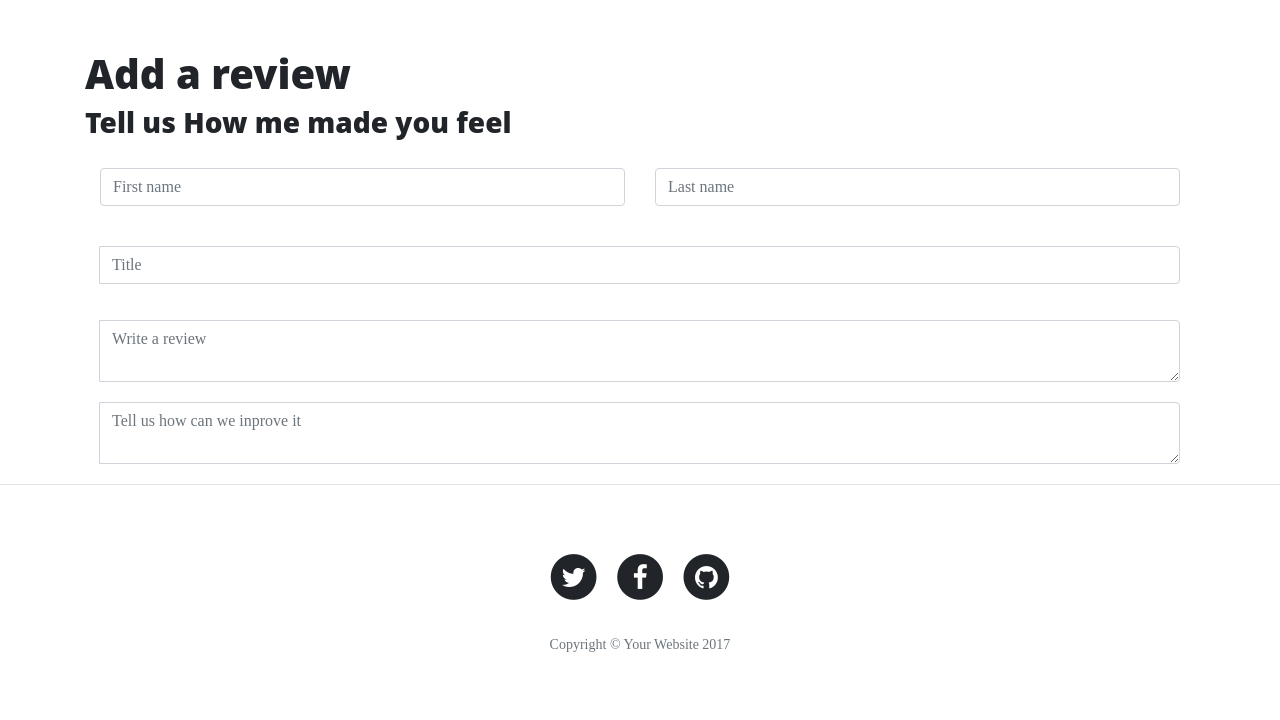
Repository: cachimiro/los-pochoclos
Page: http://localhost/add_review
The author's editor kept a record of every edit. The page is drawn from the files as they stood at one moment, then again after the next edit.
The browser window is 1280 px wide. The pictures show the part of the page from y = 532 to 1328 px (the page is 1252 px tall before and 1328 px after).
The page is served by the project's application, run on Flask 3 (run.py).

Above is the page before.

After the next edit:
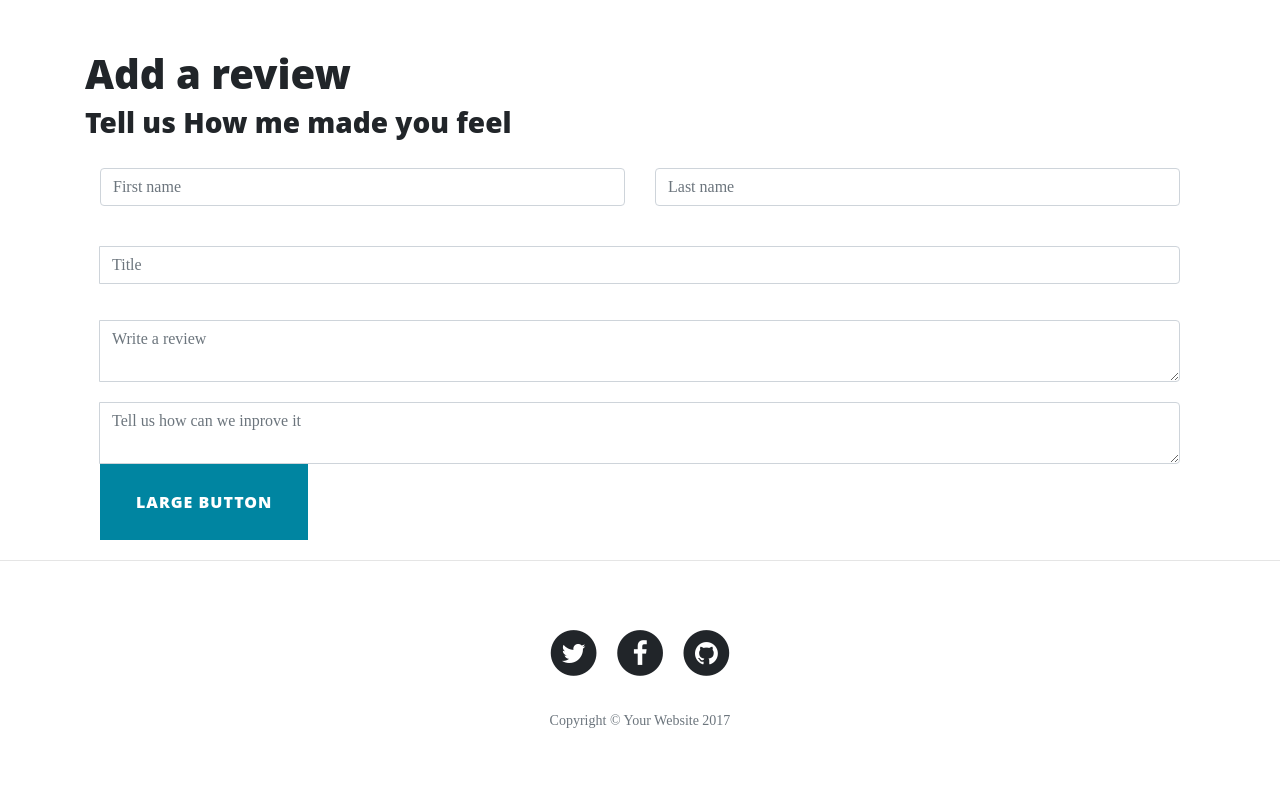
The edit:
--- a/templates/add-reviews.html
+++ b/templates/add-reviews.html
@@ -36,6 +36,7 @@
             </div>
             <textarea id="how_would_you_improve_it" name="how_would_you_improve_it" class="form-control" aria-label="With textarea" placeholder="Tell us how can we inprove it"></textarea>
         </div>
+        <button type="button" class="btn btn-primary btn-lg">Large button</button>
         </form>
 
 
